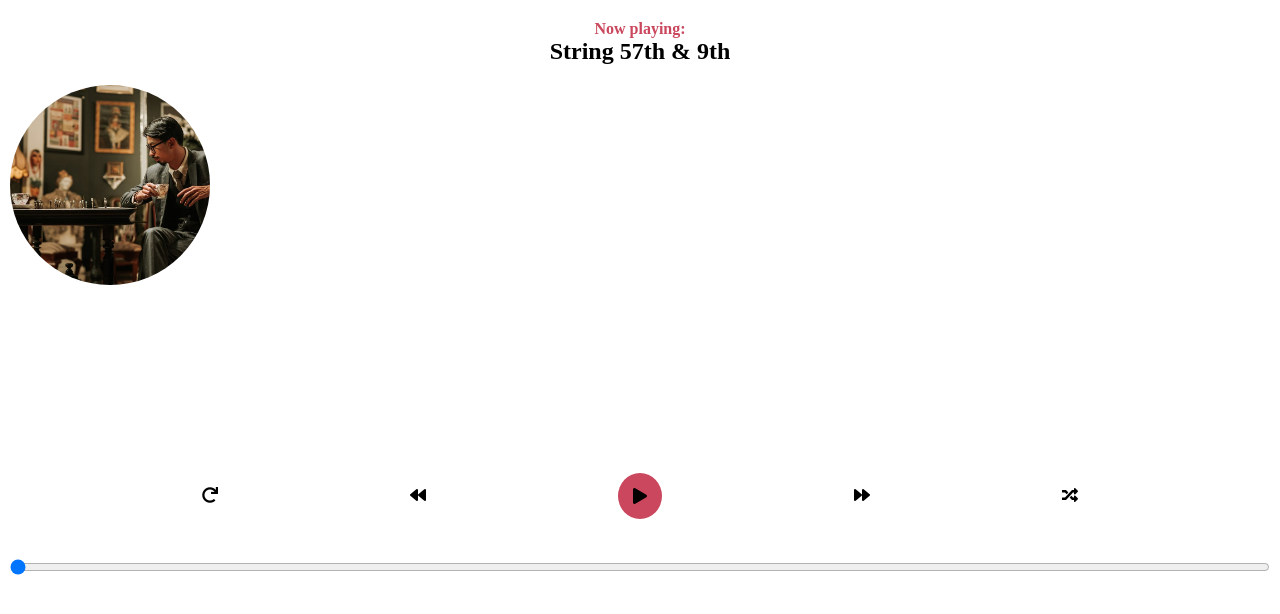
Repository: dovanthao2404/AppMusicPlayer
Page: index.html
An editor plug-in stored every save of this project. The page is shown before and after a run of saves, followed by the edit.
The browser window is 1280 px wide. The pictures show the whole page.

Above is the page before, as saved 2021-06-28 02:16:39.

After the next 3 saves:
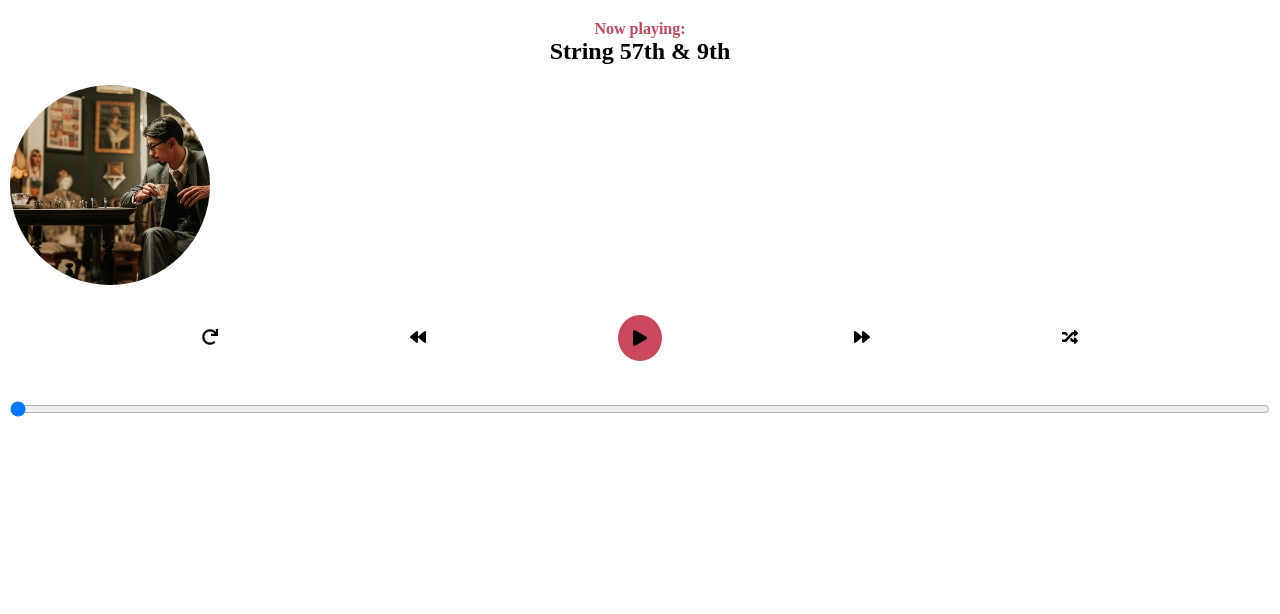
The 3 saves are shown as one change because they came seconds apart.
The last was saved 12 s later.
--- a/css/app.css
+++ b/css/app.css
@@ -33,7 +33,7 @@ header h4 {
   display: flex;
   justify-content: space-evenly;
   align-items: center;
-  margin-top: 408px;
+  margin-top: 250px;
   margin-bottom: 40px;
 }
 .btn-toggle-play .fa {
